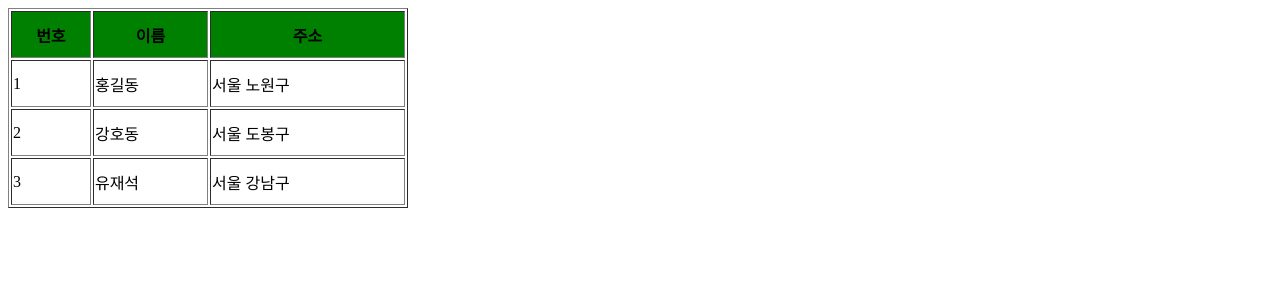
Repository: sungeunbyeol/Nowon-ezen-jsp
Page: test/WebContent/test08.html
The author's editor kept a copy of each file at every save. The page is drawn from the files as they stood at one save, then again after the next save.
The browser window is 1280 px wide. The pictures show the whole page.

Above is the page before, as saved 2021-11-02 03:23:40.

After the next save:
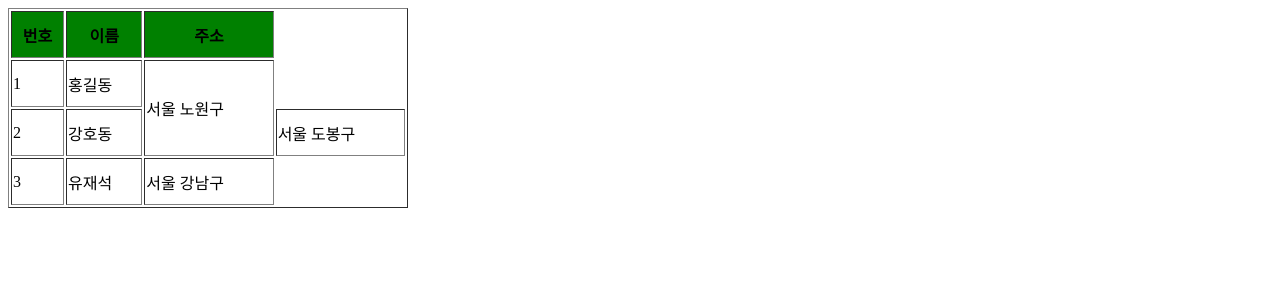
Saved 55 s later.
--- a/test/WebContent/test08.html
+++ b/test/WebContent/test08.html
@@ -15,7 +15,7 @@
 		<tr>
 			<td>1</td>
 			<td>홍길동</td>
-			<td>서울 노원구</td>
+			<td rowspan="2">서울 노원구</td>
 		</tr>
 		<tr>
 			<td>2</td>
